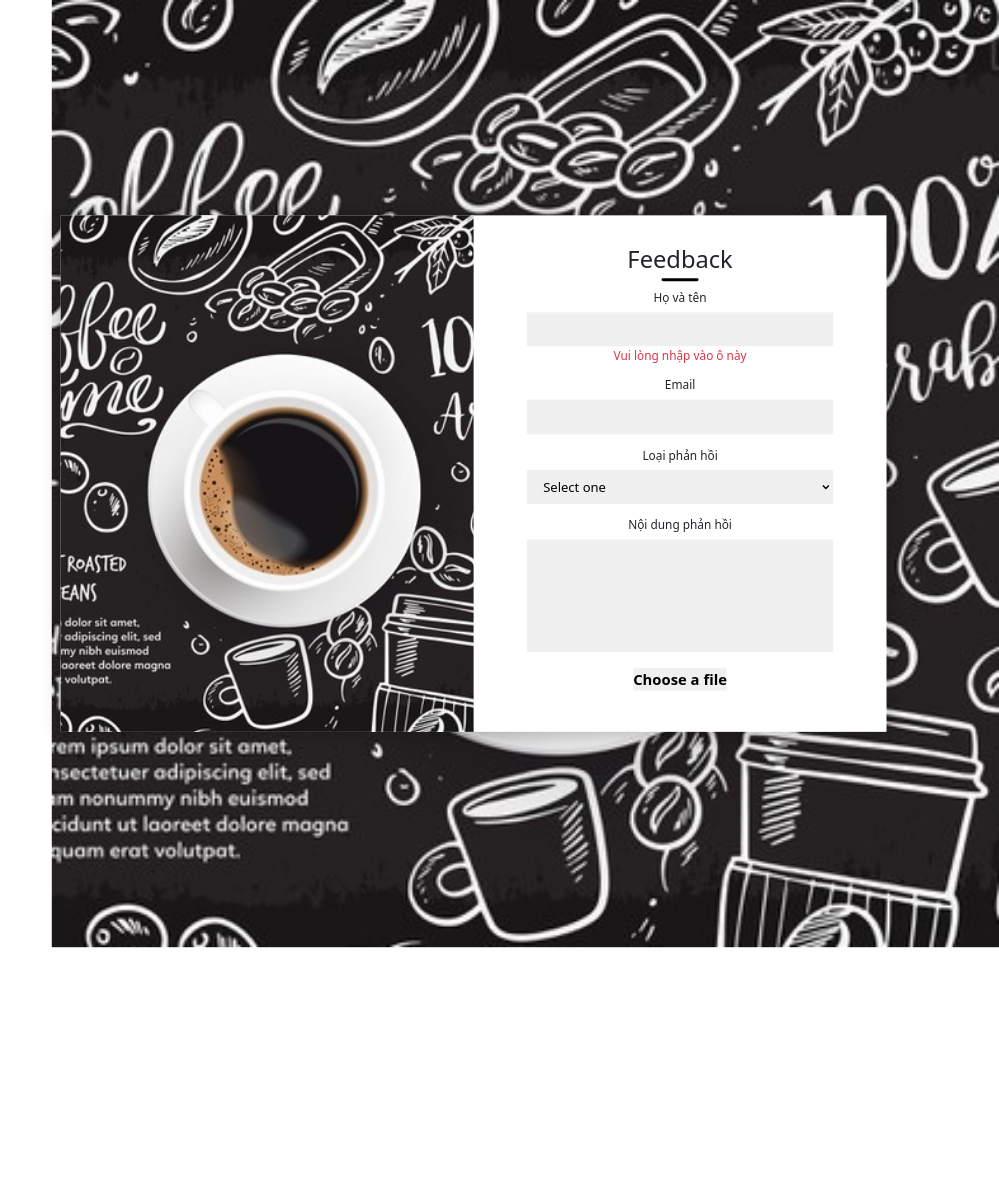
Repository: LeDongGyC/html-css
Page: HTML CSS/prototype/index.html
The author's editor kept a copy of each file at every save. The page is drawn from the files as they stood at one save, then again after the next save.
The browser window is 1280 px wide. The page is 1350 px wide, so the pictures cover 1350 px, including what lies to the right of the window. The pictures show the whole page, at 74% of full size.
The style sheet was rebuilt from its Sass, Less or Tailwind sources for each picture, by a compiler version that may differ from the author's.

Above is the page before, as saved 2023-05-24 10:32:50.

After the next save:
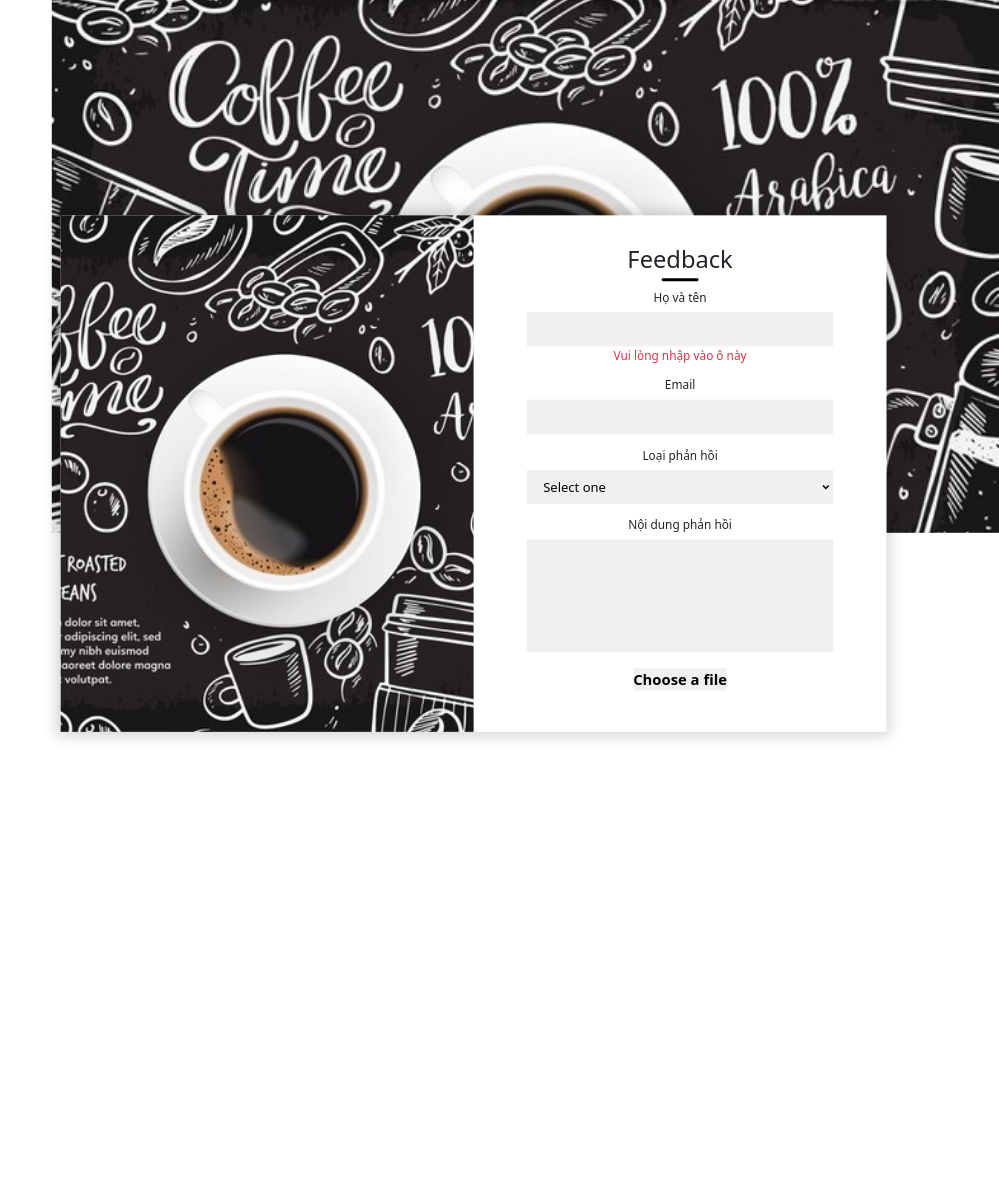
Saved 5 s later.
--- a/HTML CSS/prototype/style.scss
+++ b/HTML CSS/prototype/style.scss
@@ -24,7 +24,7 @@ body {
     content: "";
     position: absolute;
     width: 100vw;
-    height: 100%;
+    height: 100vh;
     left: 0;
     top: 0;
     background: url("cafe.jpg") no-repeat center;
